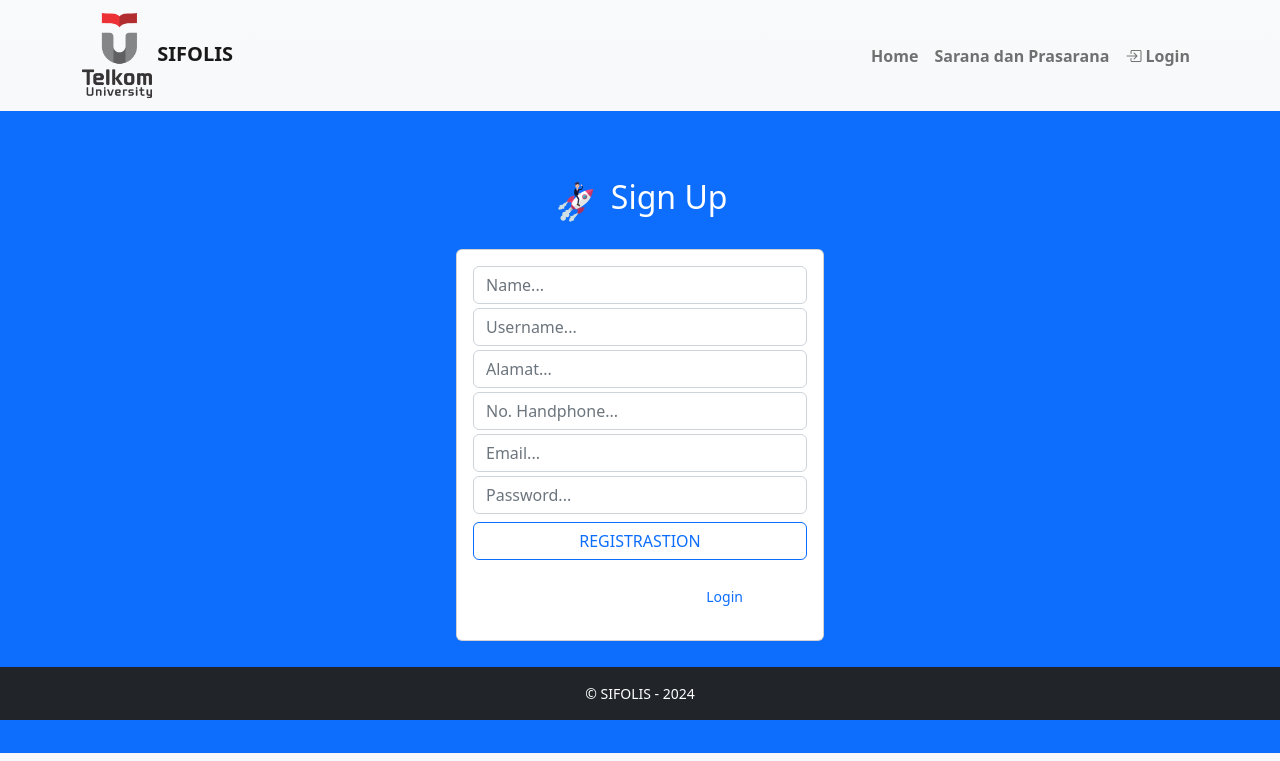
Repository: Audi87/uas_framework
Page: http://localhost/registrasi
An editor plug-in stored every save of this project. The page is shown before and after the next save, followed by the edit.
The browser window is 1280 px wide. The pictures show the whole page.
Some web libraries are served in a nearby version. The page is served by the project's Laravel application, run on PHP 8.4 with Laravel 10.

Above is the page before, as saved 2024-06-13 21:24:45.

After the next save:
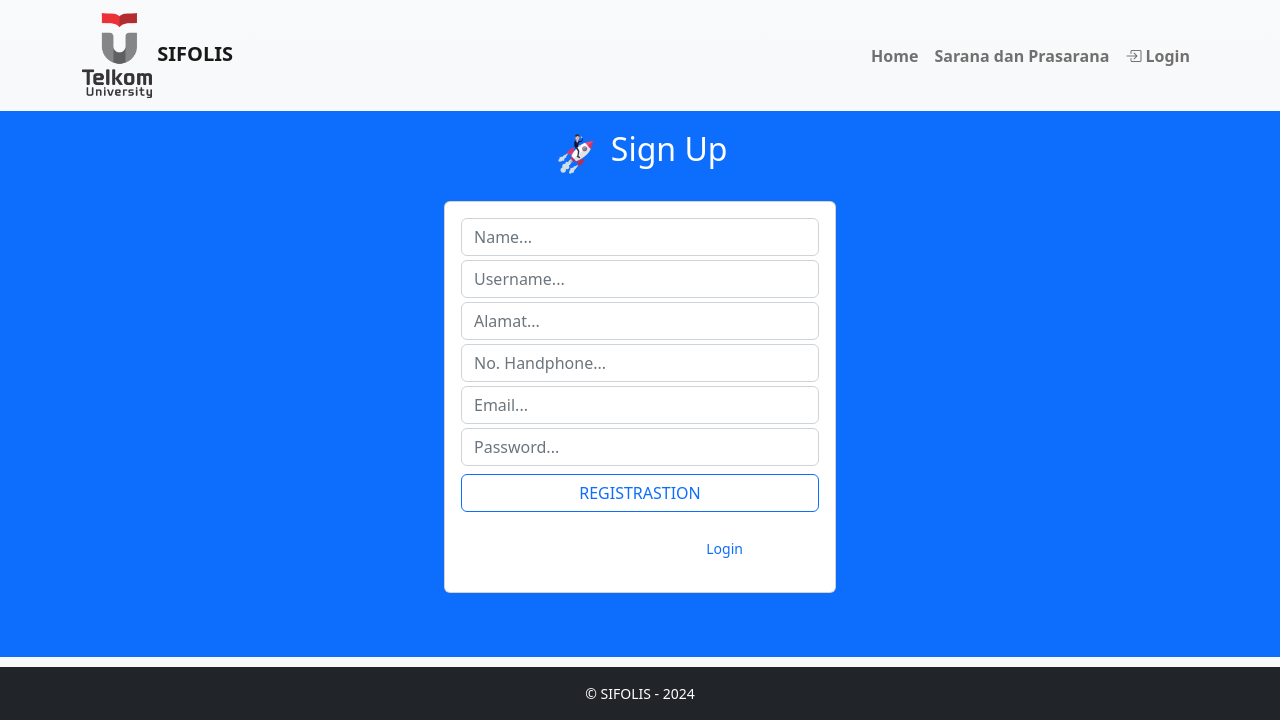
Saved 11 s later.
--- a/resources/views/registrasi/registrasi.blade.php
+++ b/resources/views/registrasi/registrasi.blade.php
@@ -3,7 +3,7 @@
 @section('content')
 
 <div class="regis p-3 mb-2 bg-primary text-white">
-    <div class="container-fluid p-5">
+    <div class="container-fluid p-40">
         <div class="row text-center mb-5">
             <div class="col-lg-4 offset-lg-4" >
                 <h2>
